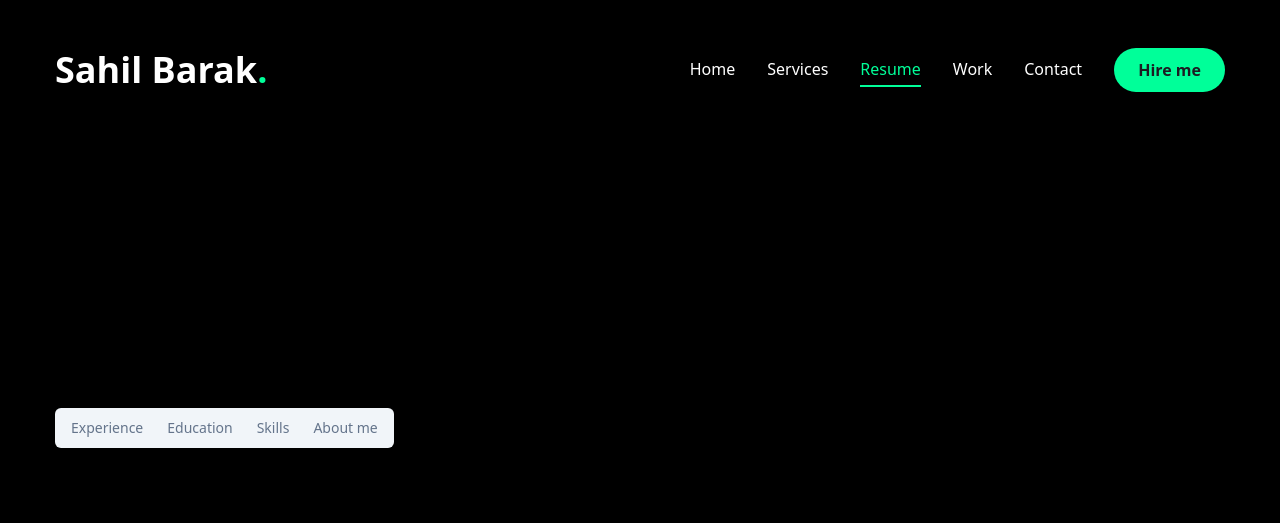
Repository: Moxsahil/My_portfolio
Page: /resume (app in sahil-portfolio/)
These files come from the project's save history. The page is drawn as it stood at one moment and after the next save; the edit follows.
The browser window is 1280 px wide. The pictures show the whole page.
The project was rebuilt for these pictures with package versions that can differ from the ones it lists, and the page was loaded fresh each time. The framework's server and built-in components were replaced by stand-ins that run in the browser. Also part of the build but not shown: sahil-portfolio/next.config.mjs, sahil-portfolio/components/ui/tooltip.jsx, sahil-portfolio/components/ui/scroll-area.jsx.

Above is the page before, as saved 2024-10-04 16:21:46.

### sahil-portfolio/app/layout.jsx
import { JetBrains_Mono } from "next/font/google";
import "./globals.css";
import Header from "@/components/Header";
import PageTransition from "@/components/PageTransition";
import StairTransition from "@/components/StairTransition";

const jetbrainsMono = JetBrains_Mono({
  subsets: ["latin"],
   weight: ["100", "200", "300", "400", "500", "600", "700", "800"],
   variable: '--font-jetbrainsMono'
});

export const metadata = {
  title: "Create Next App",
  description: "Generated by create next app",
};

export default function RootLayout({ children }) {
  return (
    <html lang="en">
      <body className={jetbrainsMono.variable}>
        <Header />
        <StairTransition />
        <PageTransition> {children}</PageTransition>
        </body>
    </html>
  );
}

### sahil-portfolio/app/resume/page.jsx
"use client";

import {
  FaHtml5,
  FaCss3,
  FaJs,
  FaReact,
  FaFigma,
  FaNodeJs,
} from 'react-icons/fa';

import { SiTailwindcss, SiNextdotjs } from 'react-icons/si';

//about data
const about = {
  title: 'About me',
  description: "Enthusiastic and diligent B.Tech Computer Science student with a strong foundation in Java programming, database management, and algorithm development. Adept at problem-solving and committed to continuous learning. Looking to leverage my skills and knowledge in a dynamic and challenging environment to contribute to innovative projects and advance my career in the tech industry.",
  info:[
    {
      fieldName: "Name",
      fieldValue: "Sahil Barak"
    },
    {
      fieldName: "Phone No",
      fieldValue: "(+91) 7404927198"
    },
    {
      fieldName: "Experience",
      fieldValue: "3 years of experience in contributing towards many projects and seeking for opportunities to work in the tech industry."
    },
    {
      fieldName: "Linkedin",
      fieldValue: "Sahil Barak"
    },
    {
      fieldName: "Email",
      fieldValue: "Sahilmk01@gmail.com"
    },
    {
      fieldName: "Nationality",
      fieldValue: "Indian"
    },
  ]
};

//experience
const experience = {
  icon: '/assets/resume/badge.svg',
  title: 'My Experience',
  description:
   "Enthusiastic and diligent B.Tech Computer Science student with a strong foundation in Java programming, database management, and algorithm development. Adept at problem-solving and committed to continuous learning. Looking to leverage my skills and knowledge in a dynamic and challenging environment to contribute to innovative projects and advance my career in the tech industry.",
   items: [
    {
      company: "Wipro",
      position: "Intern",
      duration: "Aug 2022 - Nov 2022",
    },
   ]
};

const education = {
  icon: '/assets/resume/cap.svg',
  title: 'My Education',
  description:
   "Qualifications I have",
   items: [
    {
      Institution: "PDM University",
      Degree : "B.Tech Computer Science",
      Grade: "7.31 CGPA",
      duration: "Aug 2019 - July 2023",
    },
    {
      Institution: "DAV Centenary Public School",
      Degree : "12th standard",
      Grade: "7.0 CGPA",
      duration: "Apr 2018 - Mar 2019",
    },
    {
      Institution: "DAV Centenary Public School",
      Degree : "10th standard",
      Grade: "8.6 CGPA",
      duration: "Apr 2016 - Mar 2017",
    },
   ]
};

//skills data
const skills = {
  title: 'My Skills',
  description: "Skills i learnt throughout my journey",
  skillList: [
    {
      icon: <FaHtml5 />,
      name: "HTML 5",
    },
    {
      icon: <FaCss3 />,
      name: "css 3",
    },
    {
      icon: <FaJs />,
      name: "javascript",
    },
    {
      icon: <FaReact/>,
      name: "react.js",
    },
    {
      icon: <SiNextdotjs />,
      name: "next.js",
    },
    {
      icon: <SiTailwindcss/>,
      name: "Tailwind.css",
    },
    {
      icon: <FaNodeJs />,
      name: "node.js",
    },
  ]
}

import { Tabs, TabsContent, TabsList, TabsTrigger } from "@/components/ui/tabs";

import { Tooltip, TooltipContent, TooltipProvider, TooltipTrigger } from '@/components/ui/tooltip';

import { ScrollArea } from '@/components/ui/scroll-area';
import { motion } from 'framer-motion';

const Resume = () => {
  return (
    <motion.div
    initial={{opacity: 0}}
    animate={{opacity: 1,
      transition: {delay: 2.4, duration: 0.4, ease: "easeIn"},
     }}
     className="min-h-[80vh] flex items-center justify-center py-12 xl:py-0"
     >
      <div className="container mx-auto">
        <Tabs>
          <TabsList>
            <TabsTrigger>Experience</TabsTrigger>
            <TabsTrigger>Education</TabsTrigger>
            <TabsTrigger>Skills</TabsTrigger>
            <TabsTrigger>About me</TabsTrigger>
          </TabsList>
        </Tabs>
      </div>
      </motion.div>
  )
}

export default Resume;

### sahil-portfolio/app/globals.css
@tailwind base;
@tailwind components;
@tailwind utilities;

@layer base{
    body {
        @apply font-primary bg-black text-white leading-loose;
    }
    .h1{
        @apply text-[48px] xl:text-[80px] leading-[1.1] font-semibold;
    }
    .h2{
        @apply text-[36px] xl:text-[48px] leading-[1.1] font-semibold;
    }
    .h3{
        @apply text-[20px] xl:text-[24px] leading-[1.1] font-semibold;
    }
.text-outline{
    -webkit-text-stroke: 1px #ffffff;
}

.text-outline-hover{
    -webkit-text-stroke: 1px #00ff99;
}
}

### sahil-portfolio/components/Header.jsx
import Link from "next/link";
import { Button } from "./ui/button";

//components
import Nav from "./Nav";
import MobileNav from "./MobileNav";
const Header = () => {
  return (
     <header className = "py-8 xl:py-12 text-white">
    <div className = "container mx-auto flex justify-between items-center">
      {/* logo */}
      <Link href="/">
        <h1 className="text-4xl font-semibold">
          Sahil Barak<span className="text-accent">.</span>
        </h1>
        </Link>


        {/* desktop nav & hire me button */}
        <div className="hidden xl:flex items-center gap-8">
        <Nav />
        <Link href="/#contact">
        <Button>Hire me</Button>
        </Link>
        </div>

        {/* mobile nav */}
        <div className="xl:hidden">
          <MobileNav />
        </div>
    </div>
  </header>
  );
};

export default Header;

### sahil-portfolio/components/PageTransition.jsx
 "use client";


 import { AnimatePresence, motion } from "framer-motion";
import { usePathname } from "next/navigation";

 const PageTransition = ({children}) => {
  const pathname = usePathname();

  return (
    <AnimatePresence>

      <div key={pathname}>
        <motion.div initial={{opacity: 1}}
        animate={{opacity:0,
         transition: {delay: 1,duration: 0.4, ease: "easeInOut"},
         }}
         className="h-screen w-screen fixed bg-primary top-0 pointer-events-none"
         />
        {children}</div>
    </AnimatePresence>
  )
}

export default PageTransition

### sahil-portfolio/components/StairTransition.jsx
"use client";

import { AnimatePresence, motion } from "framer-motion";
import { usePathname } from "next/navigation";

//components
import Stairs from "./Stairs";

const StairTransition = () => {
  const pathname = usePathname();
  return (
    <>
    <AnimatePresence mode="wait">
      <div key={pathname}>
        <div className="h-screen w-screen fixed top-0 left-0 right-0
        pointer-events-none z-40 flex">
         <Stairs />
          </div>

        <motion.div
        className="h-screen w-screen fixed bg-primary top-0 pointer-events-none"
        initial={{opacity: 1}}
        animate={{
          opacity: 0,
          transition: {delay: 1,duration: 0.4, ease: "easeInOut" },
      }}
        />
      </div>
    </AnimatePresence>
    </>
  );
}

export default StairTransition

### sahil-portfolio/components/ui/tabs.jsx
"use client"

import * as React from "react"
import * as TabsPrimitive from "@radix-ui/react-tabs"

import { cn } from "@/lib/utils"

const Tabs = TabsPrimitive.Root

const TabsList = React.forwardRef(({ className, ...props }, ref) => (
  <TabsPrimitive.List
    ref={ref}
    className={cn(
      "inline-flex h-10 items-center justify-center rounded-md bg-slate-100 p-1 text-slate-500 dark:bg-slate-800 dark:text-slate-400",
      className
    )}
    {...props} />
))
TabsList.displayName = TabsPrimitive.List.displayName

const TabsTrigger = React.forwardRef(({ className, ...props }, ref) => (
  <TabsPrimitive.Trigger
    ref={ref}
    className={cn(
      "inline-flex items-center justify-center whitespace-nowrap rounded-sm px-3 py-1.5 text-sm font-medium ring-offset-white transition-all focus-visible:outline-none focus-visible:ring-2 focus-visible:ring-slate-950 focus-visible:ring-offset-2 disabled:pointer-events-none disabled:opacity-50 data-[state=active]:bg-white data-[state=active]:text-slate-950 data-[state=active]:shadow-sm dark:ring-offset-slate-950 dark:focus-visible:ring-slate-300 dark:data-[state=active]:bg-slate-950 dark:data-[state=active]:text-slate-50",
      className
    )}
    {...props} />
))
TabsTrigger.displayName = TabsPrimitive.Trigger.displayName

const TabsContent = React.forwardRef(({ className, ...props }, ref) => (
  <TabsPrimitive.Content
    ref={ref}
    className={cn(
      "mt-2 ring-offset-white focus-visible:outline-none focus-visible:ring-2 focus-visible:ring-slate-950 focus-visible:ring-offset-2 dark:ring-offset-slate-950 dark:focus-visible:ring-slate-300",
      className
    )}
    {...props} />
))
TabsContent.displayName = TabsPrimitive.Content.displayName

export { Tabs, TabsList, TabsTrigger, TabsContent }

### sahil-portfolio/components/ui/button.jsx
import * as React from "react"
import { Slot } from "@radix-ui/react-slot"
import { cva } from "class-variance-authority";

import { cn } from "@/lib/utils"

const buttonVariants = cva(
  "inline-flex items-center justify-center whitespace-nowrap rounded-full text-base font-semibold ring-offset-white transition-colors",
  {
    variants: {
      variant: {
        default: "bg-accent text-primary hover:bg-accent-hover",
        primary: "bg-primary text-white ",
        outline:
        "border border-accent bg-transparent text-accent hover :bg-accent hover: text-primary",

      },
      size: {
        default: "h-[44px] px-6",
        md: "h-[48px] px-6",
        lg: "h-[56px] px-8 text-sm uppercase tracking-[2px]",

      },
    },
    defaultVariants: {
      variant: "default",
      size: "default",
    },
  }
)

const Button = React.forwardRef(({ className, variant, size, asChild = false, ...props }, ref) => {
  const Comp = asChild ? Slot : "button"
  return (
    (<Comp
      className={cn(buttonVariants({ variant, size, className }))}
      ref={ref}
      {...props} />)
  );
})
Button.displayName = "Button"

export { Button, buttonVariants }

### sahil-portfolio/components/Nav.jsx
"use client";

import Link from "next/link";
import { usePathname } from "next/navigation";

const links = [
    {
        name: "Home",
        path: "/",
    },
    {
        name: "services",
        path: "/services",
    },
    {
        name: "resume",
        path: "/resume",
    },
    {
        name: "work",
        path: "/work",
    },
    {
        name: "contact",
        path: "/contact",
    },
];


const Nav = () => {
    const pathname = usePathname();
  return (
    <nav className="flex gap-8">
        {links.map((link, index) => {
            return (
                <Link href={link.path} key={index} className ={`${
                    link.path === pathname &&
                    "text-accent border-b-2 border-accent"}
                    capitalize font-medium hover:text-accent transition-all`}
                    >
                    {link.name}
                </Link>
            );
        })}
    </nav>
  )
}

export default Nav

### sahil-portfolio/components/MobileNav.jsx
"use client";

import { Sheet, SheetContent, SheetTrigger } from "@/components/ui/sheet";
import { usePathname } from "next/navigation";
import Link from "next/link";
import { CiMenuFries } from "react-icons/ci";

const links = [
  {
    name: "Home",
    path: "/",
  },
  {
    name: "services",
    path: "/services",
  },
  {
    name: "resume",
    path: "/resume",
  },
  {
    name: "work",
    path: "/work",
  },
  {
    name: "contact",
    path: "/contact",
  },
]

const MobileNav = () => {
  const pathname = usePathname();
  return (
    <Sheet>
      <SheetTrigger className ="flex-justify-center items-center">
        <CiMenuFries className="text-[32px] text-accent"/>
      </SheetTrigger>
      <SheetContent className="flex flex-col">
        {/* logo */}
        <div className="mt-32 mb-40 text-center text-2xl">
          <Link href="/">
          <h1 className="text-4xl font-semibold">
            Sahil Barak<span className="text-accent">.</span></h1>
          </Link>
        </div>
        {/* nav  */}
        <nav className="flex flex-col justify-center items-center gap-8">
          {links.map((link, index) => {
            return(
              <Link href={link.path} key={index} className={` ${link.path === pathname && "text-accent border-b-2 border-accent"}text-xl capitalize hover:text-accent transition-all`}>
                {link.name}
              </Link>
            );
          })}
        </nav>
      </SheetContent>
    </Sheet>
  );
};

export default MobileNav;

### sahil-portfolio/components/Stairs.jsx
import { motion } from "framer-motion";

const stairAnimation = {
    initial: {
        top: "0%",
    },
    animate: {
        top: "100%",
    },
    exit: {
        top: ["100%`", "0%"],
    },
};


// calculate the reverse index fot staggred delay

const reverseIndex = (index) => {
    const totalSteps = 6; // number of steps
    return totalSteps - index - 1;
};
const Stairs = () => {
  return (
  <>

    {/* render 6 motion divs, each representing a step of the stairs.
    Each div will have the same animation defined by the stairsAnimation object.
    the delay for each div is calculated sinamically based on its reversed index ,
    creating a staggered effect with decreasing delay for each subsequent step.
    */}
    {[...Array(6)].map((_, index)=>{
        return (
        <motion.div
         key={index}
         variants={stairAnimation}
         initial="initial"
         animate="animate"
         exit="exit"
         transition={{
            duration: 0.4,
            ease: "easeInOut",
            delay: reverseIndex(index) * 0.1,
        }}
        className="h-full w-full bg-white relative"
        />
    );
    })}
  </>
  );
};

export default Stairs

### sahil-portfolio/components/ui/sheet.jsx
"use client";
import * as React from "react"
import * as SheetPrimitive from "@radix-ui/react-dialog"
import { cva } from "class-variance-authority";
import { cn } from "@/lib/utils"

import { IoMdClose } from "react-icons/io";

const Sheet = SheetPrimitive.Root

const SheetTrigger = SheetPrimitive.Trigger

const SheetClose = SheetPrimitive.Close

const SheetPortal = SheetPrimitive.Portal

const SheetOverlay = React.forwardRef(({ className, ...props }, ref) => (
  <SheetPrimitive.Overlay
    className={cn(
      "fixed inset-0 z-50 bg-black/80  data-[state=open]:animate-in data-[state=closed]:animate-out data-[state=closed]:fade-out-0 data-[state=open]:fade-in-0",
      className
    )}
    {...props}
    ref={ref} />
))
SheetOverlay.displayName = SheetPrimitive.Overlay.displayName

const sheetVariants = cva(
  "fixed z-50 gap-4 bg-primary p-6 shadow-lg transition ease-in-out data-[state=open]:animate-in data-[state=closed]:animate-out data-[state=closed]:duration-300 data-[state=open]:duration-500 dark:bg-slate-950",
  {
    variants: {
      side: {
        top: "inset-x-0 top-0 border-b data-[state=closed]:slide-out-to-top data-[state=open]:slide-in-from-top",
        bottom:
          "inset-x-0 bottom-0 border-t data-[state=closed]:slide-out-to-bottom data-[state=open]:slide-in-from-bottom",
        left: "inset-y-0 left-0 h-full w-3/4 border-r data-[state=closed]:slide-out-to-left data-[state=open]:slide-in-from-left sm:max-w-sm",
        right:
          "inset-y-0 right-0 h-full w-3/4  data-[state=closed]:slide-out-to-right data-[state=open]:slide-in-from-right sm:max-w-sm",
      },
    },
    defaultVariants: {
      side: "right",
    },
  }
)

const SheetContent = React.forwardRef(({ side = "right", className, children, ...props }, ref) => (
  <SheetPortal>
    <SheetOverlay />
    <SheetPrimitive.Content ref={ref} className={cn(sheetVariants({ side }), className)} {...props}>
      {children}
      <SheetPrimitive.Close
        className= "absolute right-8 top-8 transition-opacity outline-none">
        <IoMdClose className="text-3xl text-accent" />
        <span className="sr-only">Close</span>
      </SheetPrimitive.Close>
    </SheetPrimitive.Content>
  </SheetPortal>
))
SheetContent.displayName = SheetPrimitive.Content.displayName

const SheetHeader = ({
  className,
  ...props
}) => (
  <div
    className={cn("flex flex-col space-y-2 text-center sm:text-left", className)}
    {...props} />
)
SheetHeader.displayName = "SheetHeader"

const SheetFooter = ({
  className,
  ...props
}) => (
  <div
    className={cn("flex flex-col-reverse sm:flex-row sm:justify-end sm:space-x-2", className)}
    {...props} />
)
SheetFooter.displayName = "SheetFooter"

const SheetTitle = React.forwardRef(({ className, ...props }, ref) => (
  <SheetPrimitive.Title
    ref={ref}
    className={cn("text-lg font-semibold text-slate-950 dark:text-slate-50", className)}
    {...props} />
))
SheetTitle.displayName = SheetPrimitive.Title.displayName

const SheetDescription = React.forwardRef(({ className, ...props }, ref) => (
  <SheetPrimitive.Description
    ref={ref}
    className={cn("text-sm text-slate-500 dark:text-slate-400", className)}
    {...props} />
))
SheetDescription.displayName = SheetPrimitive.Description.displayName

export {
  Sheet,
  SheetPortal,
  SheetOverlay,
  SheetTrigger,
  SheetClose,
  SheetContent,
  SheetHeader,
  SheetFooter,
  SheetTitle,
  SheetDescription,
}

### sahil-portfolio/tailwind.config.js
/** @type {import('tailwinds').Config} */
module.exports = {
  darkMode: ["class"],
  content: [
    './pages/**/*.{js,jsx}',
    './components/**/*.{js,jsx}',
    './app/**/*.{js,jsx}',
    './src/**/*.{js,jsx}',
  ],
  prefix: "",
  theme: {
    container: {
      center: true,
      padding: "15px",
    },
      screens: {
      sm: "640px",
      md: "768px",
      lg: "960px",
      xl: "1200px",
    },
    fontFamily: {
      primary: "var(--font-JetBrainsMono)",
    },
    extend: {

      colors: {
        primary: '#1c1c22',
        accent: {
          DEFAULT: '#00ff99',
          hover: '#00e187'
        }
      },

      keyframes: {
        "accordion-down": {
          from: { height: "0" },
          to: { height: "var(--radix-accordion-content-height)" },
        },
        "accordion-up": {
          from: { height: "var(--radix-accordion-content-height)" },
          to: { height: "0" },
        },
      },
      animation: {
        "accordion-down": "accordion-down 0.2s ease-out",
        "accordion-up": "accordion-up 0.2s ease-out",
      },
    },
  },
  plugins: [require("tailwindcss-animate")],
}

Loaded but not shown: sahil-portfolio/lib/utils.js (common file)

After the next save:
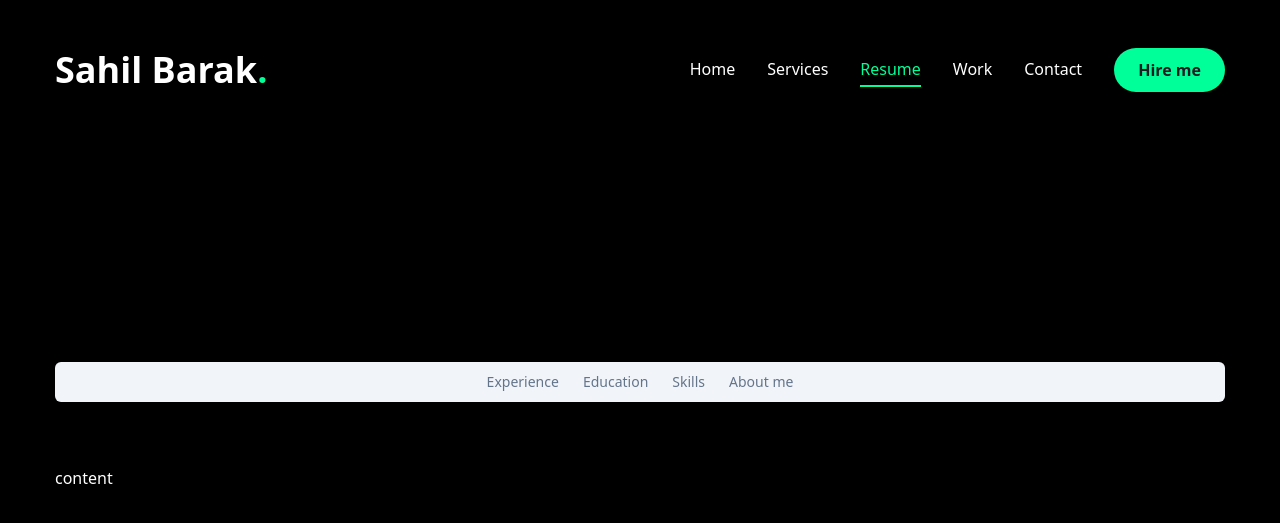
Saved 3 min 11 s later.
--- a/sahil-portfolio/app/resume/page.jsx
+++ b/sahil-portfolio/app/resume/page.jsx
@@ -138,13 +138,17 @@
      className="min-h-[80vh] flex items-center justify-center py-12 xl:py-0"
      >
       <div className="container mx-auto">
-        <Tabs>
+        <Tabs defaultValue="Experience" className="flex flex-col xl: flex-row gap-[60px]">
           <TabsList>
             <TabsTrigger>Experience</TabsTrigger>
             <TabsTrigger>Education</TabsTrigger>
             <TabsTrigger>Skills</TabsTrigger>
             <TabsTrigger>About me</TabsTrigger>
           </TabsList>
+
+          {/* content */}
+          <div>content</div>
+
         </Tabs>
       </div>
       </motion.div>
